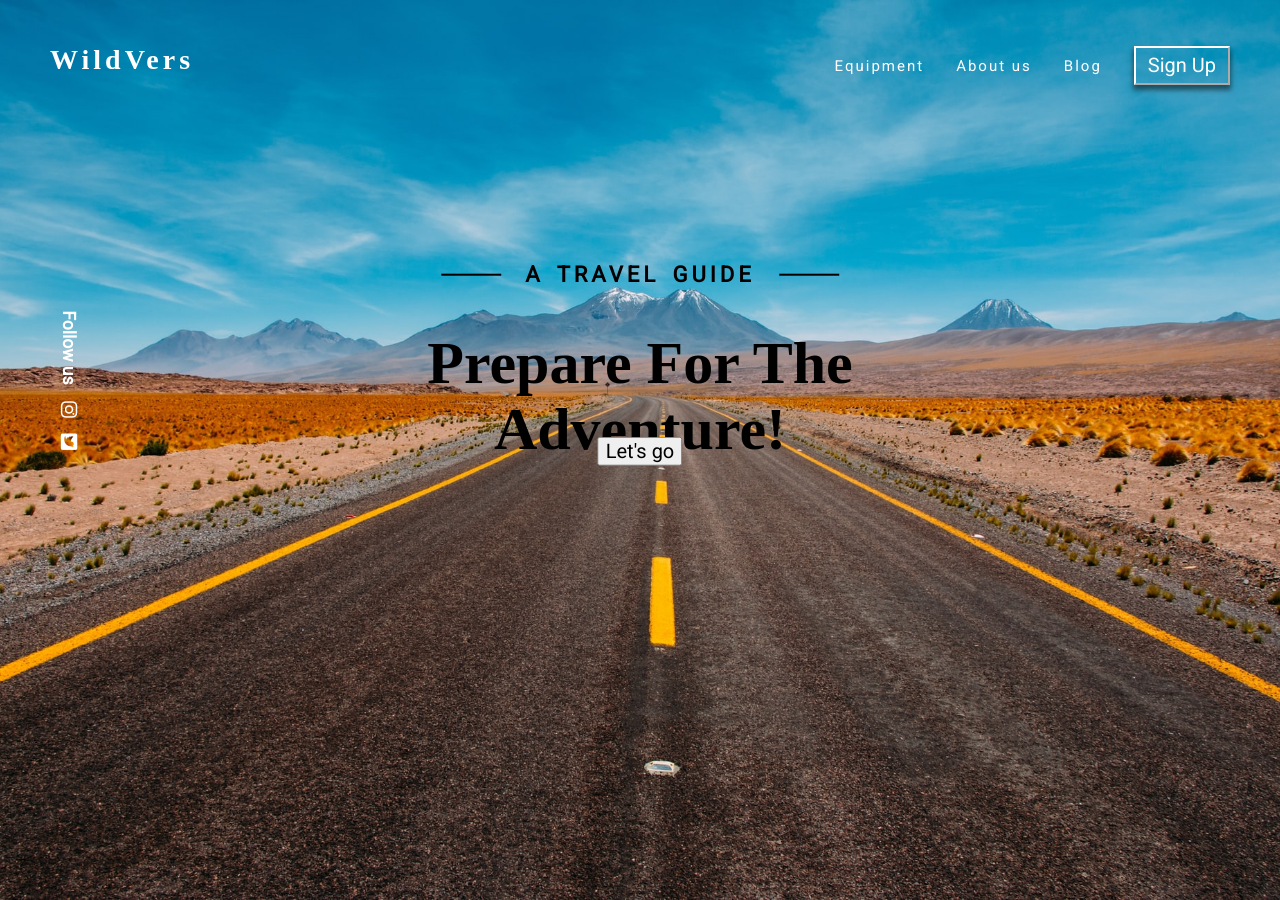
Repository: Hunga9k50doker/wildver-travel
Page: src/index.html
The author's editor kept a copy of each file at every save. The page is drawn from the files as they stood at one save, then again after a run of saves.
The browser window is 1280 px wide. The pictures show the whole page.
Some web fonts or font styles are not loaded; a fallback is used. The style sheet was rebuilt from its Sass, Less or Tailwind sources for each picture, by a compiler version that may differ from the author's.

Above is the page before, as saved 2021-08-26 00:31:20.

### src/index.html
<!DOCTYPE html>
<html lang="en">
<head>
    <meta charset="UTF-8">
    <meta http-equiv="X-UA-Compatible" content="IE=edge">
    <meta name="viewport" content="width=device-width, initial-scale=1.0">
    <link href="https://fonts.googleapis.com/css2?family=Hina+Mincho&family=Roboto&display=swap" rel="stylesheet">
    <link rel="stylesheet" href="public/css/normalize.min.css">
    <link rel="stylesheet" href="public/css/grid.css">
    <link rel="stylesheet" href="public/css/base.css">
    <link rel="stylesheet" href="public/css/header.css">
    <link rel="stylesheet" href="public/vendor/fontawesome-free-5.15.3-web/css/all.min.css">
    <title>Document</title>
</head>
<body>
    <div class="app">
        <section class="header">
            <section class="header_nav">
                <h1 class="header_nav-home">WildVers</h1>
                <div class="header_nav-body">
                    <a href="/" class="header_nav-body-item">Equipment</a>
                    <a href="/" class="header_nav-body-item">About us</a>
                    <a href="/" class="header_nav-body-item">Blog</a>
                    <button class="header_nav-body-res">Sign Up</button>
                </div>
            </section>
            <section class="header_contain">
                <div class="header_contain-follow">
                    <p>Follow us</p>
                   <a href="/">
                       <i class="fab fa-instagram"></i>
                   </a>
                   <a href="/">
                       <i class="fab fa-twitter-square"></i>
                   </a>
                </div>
                <div class="header_contain-content">
                    <h3 class="header_contain-content-title">A travel guide</h3>
                    <h2>Prepare For The</h2>
                    <h2> Adventure!</h2>
                    <button>Let's go</button>
                </div>
            </section>
        </section>
        <section class="grip wide">

        </section>
    </div>
</body>
</html>

### src/public/css/normalize.min.css
html{line-height:1.15;-webkit-text-size-adjust:100%}body{margin:0}main{display:block}h1{font-size:2em;margin:.67em 0}hr{box-sizing:content-box;height:0;overflow:visible}pre{font-family:monospace,monospace;font-size:1em}a{background-color:transparent}abbr[title]{border-bottom:none;text-decoration:underline;text-decoration:underline dotted}b,strong{font-weight:bolder}code,kbd,samp{font-family:monospace,monospace;font-size:1em}small{font-size:80%}sub,sup{font-size:75%;line-height:0;position:relative;vertical-align:baseline}sub{bottom:-.25em}sup{top:-.5em}img{border-style:none}button,input,optgroup,select,textarea{font-family:inherit;font-size:100%;line-height:1.15;margin:0}button,input{overflow:visible}button,select{text-transform:none}[type=button],[type=reset],[type=submit],button{-webkit-appearance:button}[type=button]::-moz-focus-inner,[type=reset]::-moz-focus-inner,[type=submit]::-moz-focus-inner,button::-moz-focus-inner{border-style:none;padding:0}[type=button]:-moz-focusring,[type=reset]:-moz-focusring,[type=submit]:-moz-focusring,button:-moz-focusring{outline:1px dotted ButtonText}fieldset{padding:.35em .75em .625em}legend{box-sizing:border-box;color:inherit;display:table;max-width:100%;padding:0;white-space:normal}progress{vertical-align:baseline}textarea{overflow:auto}[type=checkbox],[type=radio]{box-sizing:border-box;padding:0}[type=number]::-webkit-inner-spin-button,[type=number]::-webkit-outer-spin-button{height:auto}[type=search]{-webkit-appearance:textfield;outline-offset:-2px}[type=search]::-webkit-search-decoration{-webkit-appearance:none}::-webkit-file-upload-button{-webkit-appearance:button;font:inherit}details{display:block}summary{display:list-item}template{display:none}[hidden]{display:none}
/*# sourceMappingURL=normalize.min.css.map */

### src/public/css/grid.css
.grid {
    width: 100%;
    display: block;
    padding: 0;
    margin: 0 auto;
}

.grid.wide {
    max-width: 1200px;
    margin: 0 auto;
}

.row {
    display: flex;
    flex-wrap: wrap;
    margin-left: -4px;
    margin-right: -4px;
}


.row.no-gutters {
    margin-left: 0;
    margin-right: 0;
}

.col {

    padding-left: 4px;
    padding-right: 4px;
}

.row.no-gutters .col {
    padding-left: 0;
    padding-right: 0;
}

.c-0 {
    display: none;
}

.c-1 {
    flex: 0 0 8.33333%;
    max-width: 8.33333%;
}

.c-2 {
    flex: 0 0 16.66667%;
    max-width: 16.66667%;
}

.c-3 {
    flex: 0 0 25%;
    max-width: 25%;
}

.c-4 {
    flex: 0 0 33.33333%;
    max-width: 33.33333%;
}

.c-5 {
    flex: 0 0 41.66667%;
    max-width: 41.66667%;
}

.c-6 {
    flex: 0 0 50%;
    max-width: 50%;
}

.c-7 {
    flex: 0 0 58.33333%;
    max-width: 58.33333%;
}

.c-8 {
    flex: 0 0 66.66667%;
    max-width: 66.66667%;
}

.c-9 {
    flex: 0 0 75%;
    max-width: 75%;
}

.c-10 {
    flex: 0 0 83.33333%;
    max-width: 83.33333%;
}

.c-11 {
    flex: 0 0 91.66667%;
    max-width: 91.66667%;
}

.c-12 {
    flex: 0 0 100%;
    max-width: 100%;
}

.c-o-1 {
    margin-left: 8.33333%;
}

.c-o-2 {
    margin-left: 16.66667%;
}

.c-o-3 {
    margin-left: 25%;
}

.c-o-4 {
    margin-left: 33.33333%;
}

.c-o-5 {
    margin-left: 41.66667%;
}

.c-o-6 {
    margin-left: 50%;
}

.c-o-7 {
    margin-left: 58.33333%;
}

.c-o-8 {
    margin-left: 66.66667%;
}

.c-o-9 {
    margin-left: 75%;
}

.c-o-10 {
    margin-left: 83.33333%;
}

.c-o-11 {
    margin-left: 91.66667%;
}

/* >= Tablet */
@media (min-width: 740px) {
    .row {
        margin-left: -8px;
        margin-right: -8px;
    }

    .col {
        padding-left: 8px;
        padding-right: 8px;
    }

    .m-0 {
        display: none;
    }

    .m-1,
    .m-2,
    .m-3,
    .m-4,
    .m-5,
    .m-6,
    .m-7,
    .m-8,
    .m-9,
    .m-10,
    .m-11,
    .m-12 {
        display: block;
    }

    .m-1 {
        flex: 0 0 8.33333%;
        max-width: 8.33333%;
    }

    .m-2 {
        flex: 0 0 16.66667%;
        max-width: 16.66667%;
    }

    .m-3 {
        flex: 0 0 25%;
        max-width: 25%;
    }

    .m-4 {
        flex: 0 0 33.33333%;
        max-width: 33.33333%;
    }

    .m-5 {
        flex: 0 0 41.66667%;
        max-width: 41.66667%;
    }

    .m-6 {
        flex: 0 0 50%;
        max-width: 50%;
    }

    .m-7 {
        flex: 0 0 58.33333%;
        max-width: 58.33333%;
    }

    .m-8 {
        flex: 0 0 66.66667%;
        max-width: 66.66667%;
    }

    .m-9 {
        flex: 0 0 75%;
        max-width: 75%;
    }

    .m-10 {
        flex: 0 0 83.33333%;
        max-width: 83.33333%;
    }

    .m-11 {
        flex: 0 0 91.66667%;
        max-width: 91.66667%;
    }

    .m-12 {
        flex: 0 0 100%;
        max-width: 100%;
    }

    .m-o-1 {
        margin-left: 8.33333%;
    }

    .m-o-2 {
        margin-left: 16.66667%;
    }

    .m-o-3 {
        margin-left: 25%;
    }

    .m-o-4 {
        margin-left: 33.33333%;
    }

    .m-o-5 {
        margin-left: 41.66667%;
    }

    .m-o-6 {
        margin-left: 50%;
    }

    .m-o-7 {
        margin-left: 58.33333%;
    }

    .m-o-8 {
        margin-left: 66.66667%;
    }

    .m-o-9 {
        margin-left: 75%;
    }

    .m-o-10 {
        margin-left: 83.33333%;
    }

    .m-o-11 {
        margin-left: 91.66667%;
    }
}

/* PC medium resolution > */
@media (min-width: 1113px) {
    .row {
        margin-left: -12px;
        margin-right: -12px;
    }

    .row.sm-gutter {
        margin-left: -5px;
        margin-right: -5px;
    }

    .col {
        padding-left: 12px;
        padding-right: 12px;
    }

    .row.sm-gutter .col {
        padding-left: 5px;
        padding-right: 5px;
    }

    .l-0 {
        display: none;
    }

    .l-1,
    .l-2,
    .l-2-4,
    .l-3,
    .l-4,
    .l-5,
    .l-6,
    .l-7,
    .l-8,
    .l-9,
    .l-10,
    .l-11,
    .l-12 {
        display: block;
    }

    .l-1 {
        flex: 0 0 8.33333%;
        max-width: 8.33333%;
    }

    .l-2 {
        flex: 0 0 16.66667%;
        max-width: 16.66667%;
    }

    .l-2-4 {
        flex: 0 0 20%;
        max-width: 20%;
    }

    .l-3 {
        flex: 0 0 25%;
        max-width: 25%;
    }

    .l-4 {
        flex: 0 0 33.33333%;
        max-width: 33.33333%;
    }

    .l-5 {
        flex: 0 0 41.66667%;
        max-width: 41.66667%;
    }

    .l-6 {
        flex: 0 0 50%;
        max-width: 50%;
    }

    .l-7 {
        flex: 0 0 58.33333%;
        max-width: 58.33333%;
    }

    .l-8 {
        flex: 0 0 66.66667%;
        max-width: 66.66667%;
    }

    .l-9 {
        flex: 0 0 75%;
        max-width: 75%;
    }

    .l-10 {
        flex: 0 0 83.33333%;
        max-width: 83.33333%;
    }

    .l-11 {
        flex: 0 0 91.66667%;
        max-width: 91.66667%;
    }

    .l-12 {
        flex: 0 0 100%;
        max-width: 100%;
    }

    .l-o-1 {
        margin-left: 8.33333%;
    }

    .l-o-2 {
        margin-left: 16.66667%;
    }

    .l-o-3 {
        margin-left: 25%;
    }

    .l-o-4 {
        margin-left: 33.33333%;
    }

    .l-o-5 {
        margin-left: 41.66667%;
    }

    .l-o-6 {
        margin-left: 50%;
    }

    .l-o-7 {
        margin-left: 58.33333%;
    }

    .l-o-8 {
        margin-left: 66.66667%;
    }

    .l-o-9 {
        margin-left: 75%;
    }

    .l-o-10 {
        margin-left: 83.33333%;
    }

    .l-o-11 {
        margin-left: 91.66667%;
    }
}

/* Tablet - PC low resolution */
@media (min-width: 740px) and (max-width: 1023px) {
    .wide {
        width: 644px;
    }
}

/* > PC low resolution */
@media (min-width: 1024px) and (max-width: 1239px) {
    .wide {
        width: 984px;
    }

    .wide .row {
        margin-left: -12px;
        margin-right: -12px;
    }

    .wide .row.sm-gutter {
        margin-left: -5px;
        margin-right: -5px;
    }

    .wide .col {
        padding-left: 12px;
        padding-right: 12px;
    }

    .wide .row.sm-gutter .col {
        padding-left: 5px;
        padding-right: 5px;
    }

    .wide .l-0 {
        display: none;
    }

    .wide .l-1,
    .wide .l-2,
    .wide .l-2-4,
    .wide .l-3,
    .wide .l-4,
    .wide .l-5,
    .wide .l-6,
    .wide .l-7,
    .wide .l-8,
    .wide .l-9,
    .wide .l-10,
    .wide .l-11,
    .wide .l-12 {
        display: block;
    }

    .wide .l-1 {
        flex: 0 0 8.33333%;
        max-width: 8.33333%;
    }

    .wide .l-2 {
        flex: 0 0 16.66667%;
        max-width: 16.66667%;
    }

    .wide .l-2-4 {
        flex: 0 0 20%;
        max-width: 20%;
    }

    .wide .l-3 {
        flex: 0 0 25%;
        max-width: 25%;
    }

    .wide .l-4 {
        flex: 0 0 33.33333%;
        max-width: 33.33333%;
    }

    .wide .l-5 {
        flex: 0 0 41.66667%;
        max-width: 41.66667%;
    }

    .wide .l-6 {
        flex: 0 0 50%;
        max-width: 50%;
    }

    .wide .l-7 {
        flex: 0 0 58.33333%;
        max-width: 58.33333%;
    }

    .wide .l-8 {
        flex: 0 0 66.66667%;
        max-width: 66.66667%;
    }

    .wide .l-9 {
        flex: 0 0 75%;
        max-width: 75%;
    }

    .wide .l-10 {
        flex: 0 0 83.33333%;
        max-width: 83.33333%;
    }

    .wide .l-11 {
        flex: 0 0 91.66667%;
        max-width: 91.66667%;
    }

    .wide .l-12 {
        flex: 0 0 100%;
        max-width: 100%;
    }

    .wide .l-o-1 {
        margin-left: 8.33333%;
    }

    .wide .l-o-2 {
        margin-left: 16.66667%;
    }

    .wide .l-o-3 {
        margin-left: 25%;
    }

    .wide .l-o-4 {
        margin-left: 33.33333%;
    }

    .wide .l-o-5 {
        margin-left: 41.66667%;
    }

    .wide .l-o-6 {
        margin-left: 50%;
    }

    .wide .l-o-7 {
        margin-left: 58.33333%;
    }

    .wide .l-o-8 {
        margin-left: 66.66667%;
    }

    .wide .l-o-9 {
        margin-left: 75%;
    }

    .wide .l-o-10 {
        margin-left: 83.33333%;
    }

    .wide .l-o-11 {
        margin-left: 91.66667%;
    }
}

### src/resources/scss/base.scss
@import "variables";

*{
    font-size: 62.5%;
    box-sizing: inherit;
}
html{
    margin: 0;
    padding: 0;
    line-height: 1.6rem;
    box-sizing: border-box;
    font-family: 'Roboto', sans-serif;
}
h1,h2{
    font-family: 'Besley', serif;
}

a{
    color: $white-color;
    text-decoration: none;
}

### src/resources/scss/_variables.scss
$orange-color: #ff6b00;
$white-color: #fff;
$text-color: #e2ddd6;
$waxen-color: #f9caa9;
$black-color: #030101;

### src/resources/scss/header.scss
@import "variables";

.header{
    position: relative;
    background: url(/src/public/img/bg2.jpg) ;
    width: 100%;
    min-width: 500px;
    height: 900px;
    min-height:500px;
    background-position: center;
    background-repeat: no-repeat;
    background-size: cover;
    // z-index: -1;
    &_nav{
        display:flex;
        color: $white-color;
        padding: 4.6rem 5rem 0 5rem;
        &-home{
            flex: 1;
            margin: 0;
            font-size: 2.8rem;
            letter-spacing:4px;
            line-height:100%;
            cursor: pointer;
        }
        &-body{
            display:flex;
            align-items:center;
            justify-content: center;
            font-size: 2.4rem;
            letter-spacing:2px;
            &-item{
                color:$white-color;
                margin:0 1.6rem;
                transform: scale(1);
                &:hover{
                    color: $orange-color;
                    transform: scale(1.1);
                    transition:transform 0.3s;
                }
            }
            button{
                font-size: 2rem;
                padding:6px 1.2rem;
                margin-left: 1.6rem;
                background:transparent;
                color:$white-color;
                border-color: $white-color;
                border-style: solid 2px;
                cursor: pointer;
                box-shadow: 0 4px 5px 1px rgba(0,0,0,0.5);
                transform: translateY(0);
                transition:transform 0.3s linear;
                &:hover{
                    background: $orange-color;
                    box-shadow: 0 0px 5px 1px rgba(0,0,0,0.5);
                    transform: translateY(4px);
                    transition:transform 0.3s linear;
                }
            }
        }

    }

    &_contain{
        position: relative;
        display:flex;
        align-items:center;
        justify-content: center;
        left: 0;
        top: 30%;
        transform: translateY(-70%);
        &-follow{
            position: absolute;
            top: 0;
            left:0;
            font-size: 2.8rem;
            font-weight: 700;
            display:flex;
            align-items:center;
            justify-content: center;
            color:$white-color;
            transform:rotate(90deg);
            margin:0;
            a:nth-child(2){
                margin:0 16px;
            }
            a{
                font-size: 3rem;
                transform: scale(1);
                transition: transform 0.3s;
                cursor: pointer;
                &:hover{
                     color:$orange-color;
                     transform: scale(1.1);
                     transition: transform 0.3s;
                 }
            }
        }
        &-content{
            position: absolute;
            top: 50%;
            left:50%;
            transform: translate(-50%,-50%);
            font-size: 2rem;
            display:flex;
            flex-direction: column;
            align-items:center;
            justify-content: center;
            &-title{
                position: relative;
                font-size: 2.2rem;
                color: $black-color;
                word-spacing: 4px;
                letter-spacing: 4px;
                text-transform: uppercase;
                &:after{
                    content: " ";
                    position: absolute;
                    width:6rem;
                    height:2px;
                    top: 50%;
                    transform: translateY(-50%);
                    right: -8.4rem;
                    background: #000;

                }
                &::before{
                    content: " ";
                    position: absolute;
                    width:6rem;
                    height:2px;
                    top: 50%;
                    transform: translateY(-50%);
                    left: -8.4rem;
                    background: #000;

                }
            }
            h2{
                font-size:6rem;

                &:nth-child(3){
                    margin:0;
                }
            }
        }
    }
}

Loaded but not shown: src/public/vendor/fontawesome-free-5.15.3-web/css/all.min.css (library)

After the next 5 saves:
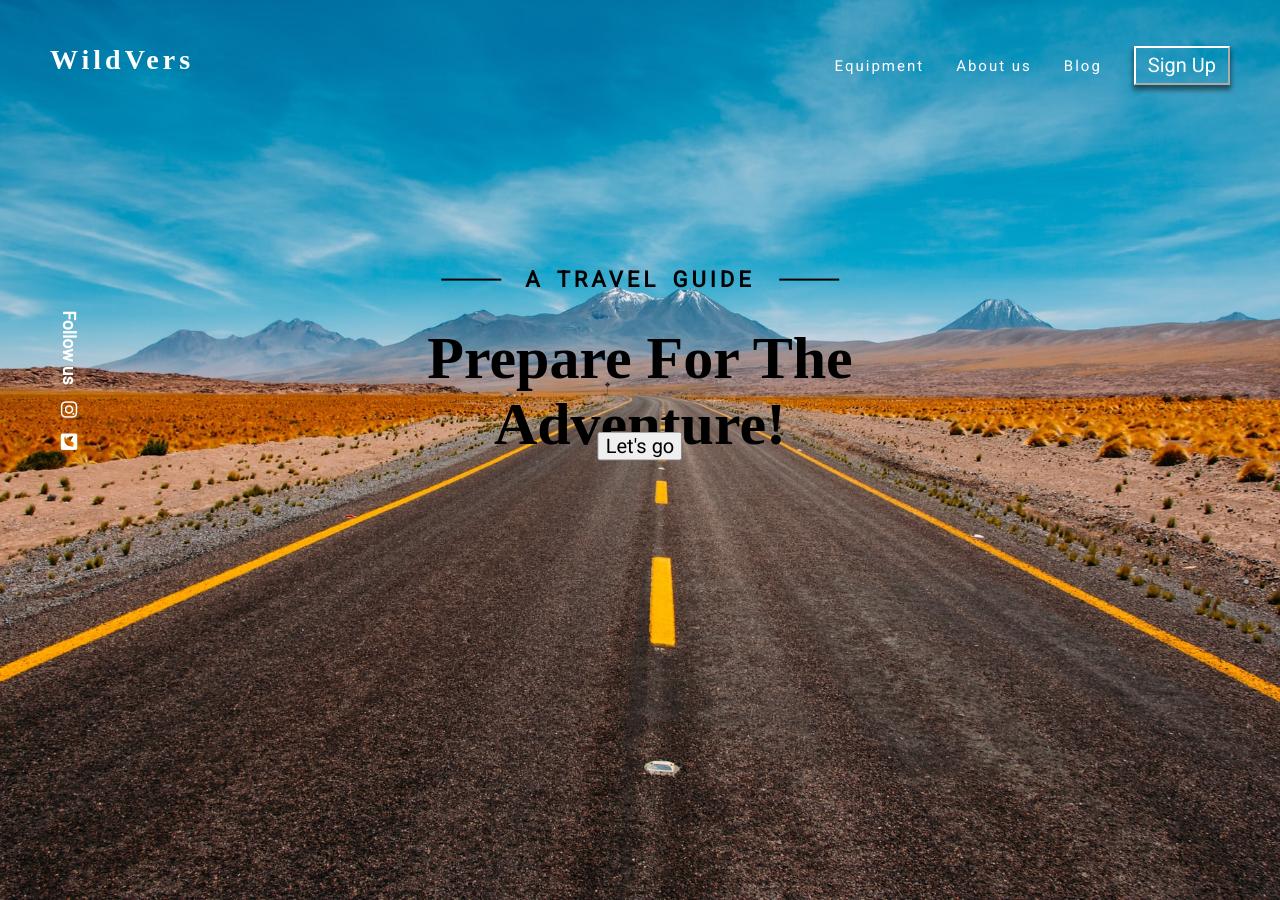
The 5 saves are shown as one change because they came seconds apart.
The last was saved 13 s later.
--- a/src/resources/scss/header.scss
+++ b/src/resources/scss/header.scss
@@ -139,7 +139,9 @@
             }
             h2{
                 font-size:6rem;
-
+                &:nth-child(2){
+                    margin-top: 4rem;
+                }
                 &:nth-child(3){
                     margin:0;
                 }
